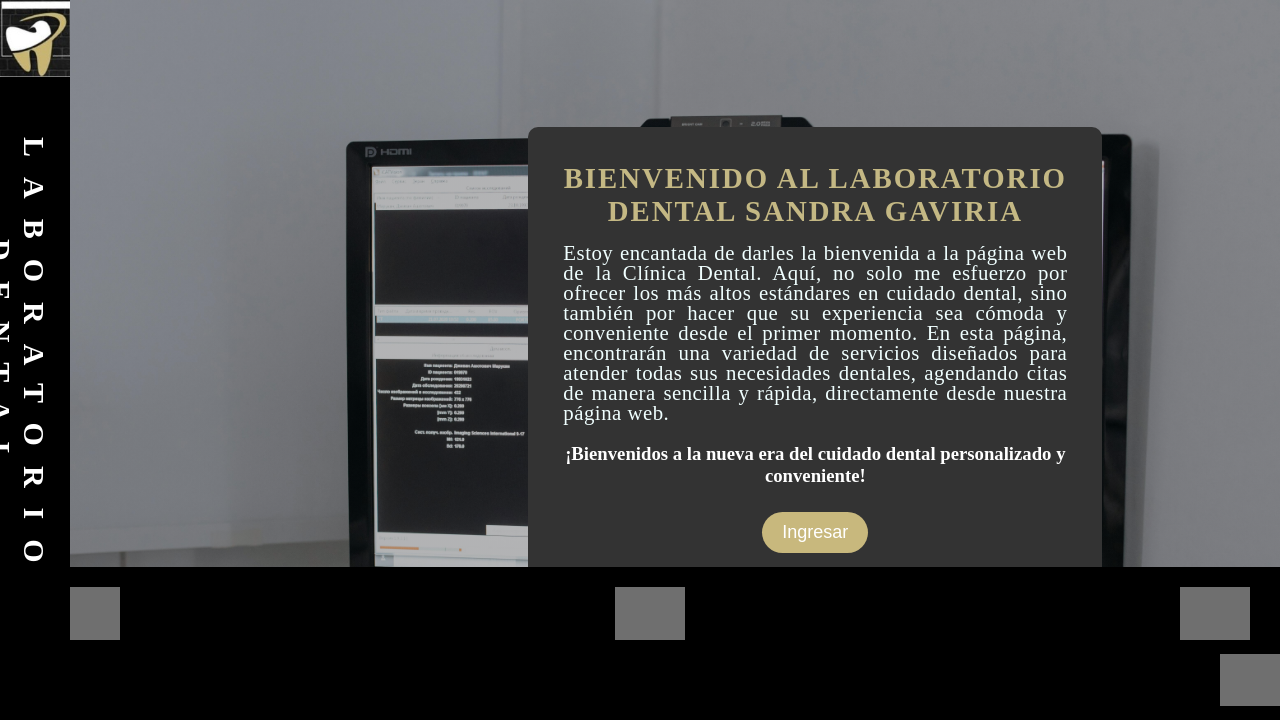
Repository: IIntef/ProyectoDental2.0
Page: Proyecto/Proyecto/Fer.html
An editor plug-in stored every save of this project. The page is shown before and after the next save, followed by the edit.
The browser window is 1280 px wide. The pictures show the whole page.
Pictures or frames that could not be fetched are drawn as grey boxes.

Above is the page before, as saved 2024-06-20 16:14:08.

After the next save:
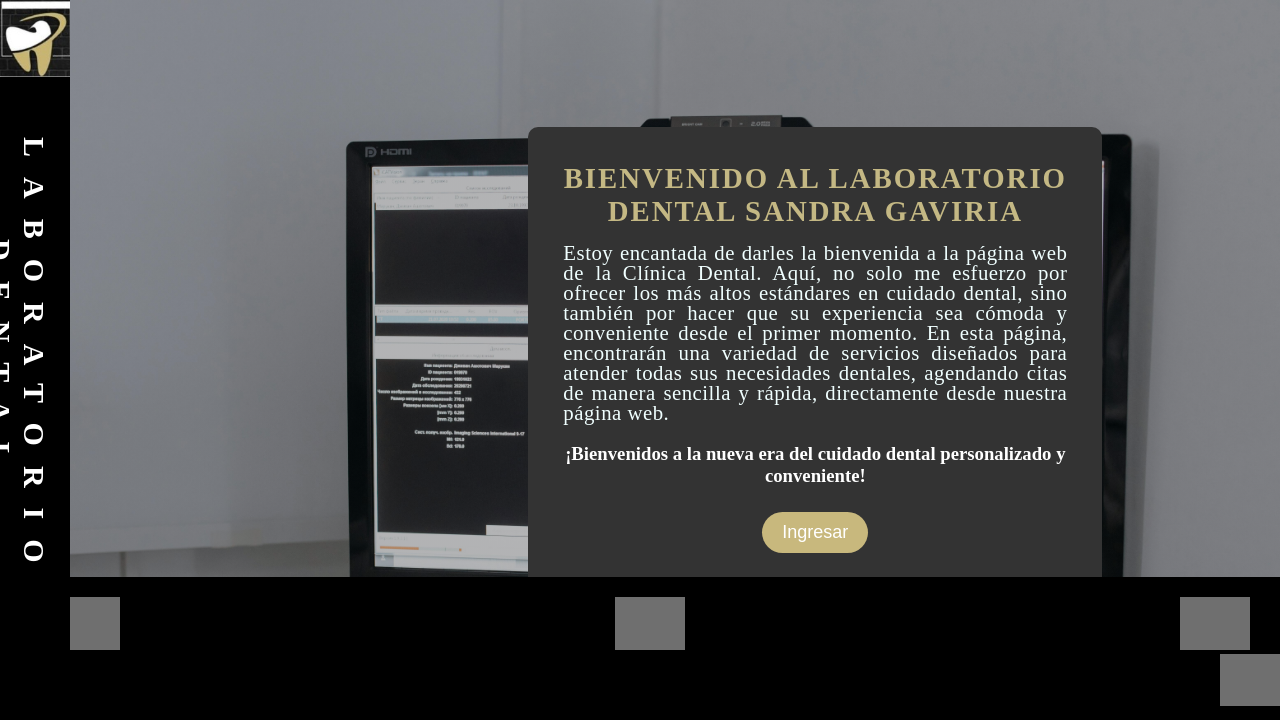
Saved 24 s later.
--- a/Proyecto/Proyecto/StyleFer.css
+++ b/Proyecto/Proyecto/StyleFer.css
@@ -145,14 +145,13 @@
 
 .icono-link {
     margin-top: 10px;
-    display: inline-block;
     margin: 0.10;
     opacity: 0.7;
     transition: opacity 0.3s ease;
 }
 
 .icono-link a {
-
+    display: inline-block;
     margin-right: 10px;
 }
 

After the save that followed:
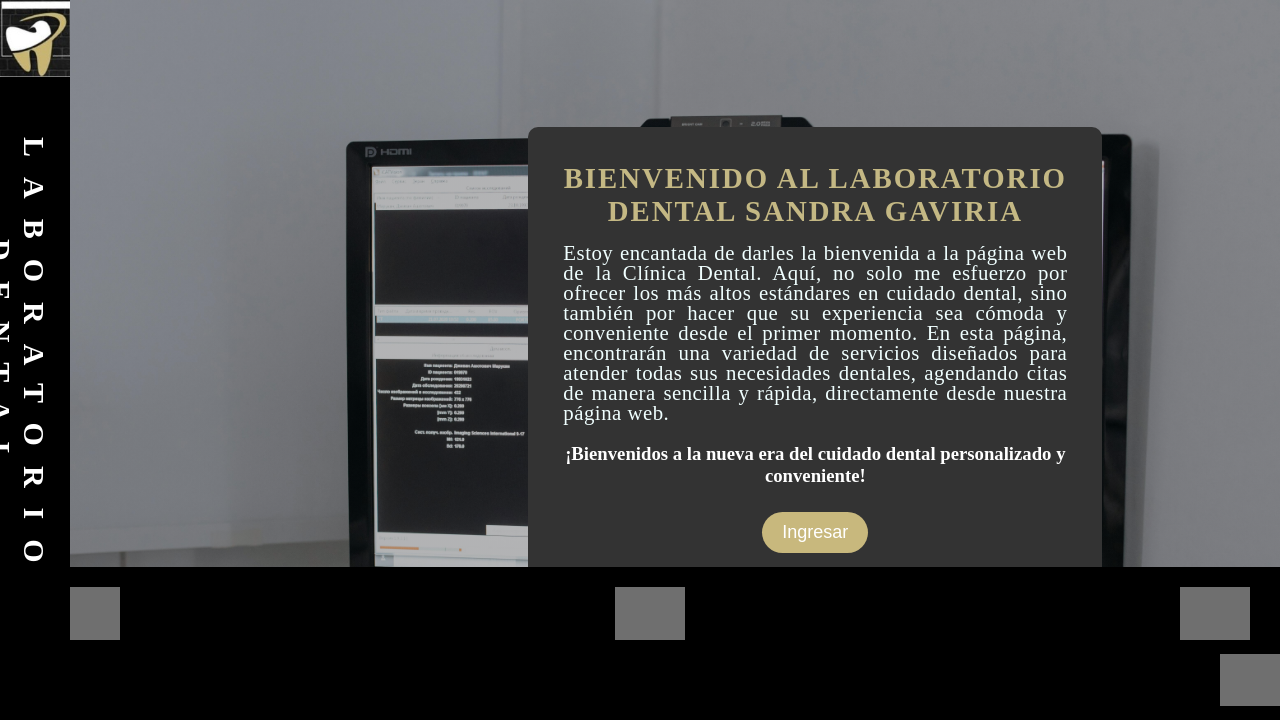
Saved 8 s later.
--- a/Proyecto/Proyecto/StyleFer.css
+++ b/Proyecto/Proyecto/StyleFer.css
@@ -145,6 +145,7 @@
 
 .icono-link {
     margin-top: 10px;
+    display: inline-block;
     margin: 0.10;
     opacity: 0.7;
     transition: opacity 0.3s ease;
